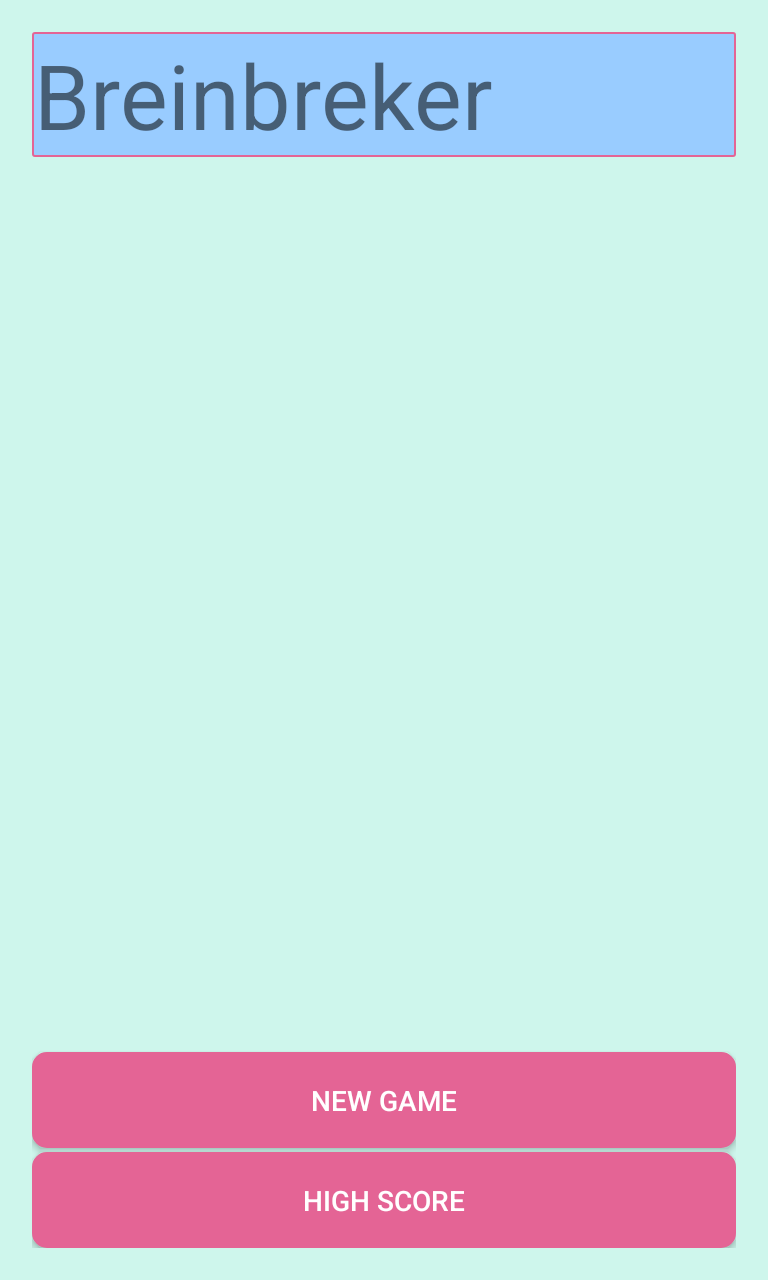
Repository: jelleswester/Breinbreker
Layout: Breinbreker/res/layout/activity_start_screen.xml
An editor plug-in stored every save of this project. The layout is shown before and after the next save, followed by the edit.
It is drawn on a 768 x 1280 px phone screen (xhdpi) without system bars, with theme AppTheme; the app's code is not run.

Above is the layout before, as saved 2015-01-28 16:01:36.

### Breinbreker/res/layout/activity_start_screen.xml
<RelativeLayout xmlns:android="http://schemas.android.com/apk/res/android"
    xmlns:tools="http://schemas.android.com/tools"
    android:id="@+id/relativeLayout1"
    android:layout_width="match_parent"
    android:layout_height="match_parent"
    android:paddingBottom="@dimen/activity_vertical_margin"
    android:paddingLeft="@dimen/activity_horizontal_margin"
    android:paddingRight="@dimen/activity_horizontal_margin"
    android:paddingTop="@dimen/activity_vertical_margin"
    android:background="#CEF6EC"
    tools:context="nl.mprog.jelleswester.breinbreker.StartScreenActivity" >

    <TextView
        android:id="@+id/textView1"
        android:layout_width="fill_parent"
        android:layout_height="wrap_content"
        android:layout_alignParentTop="true"
        android:layout_centerHorizontal="true"
        android:text="@string/brein_breker"
        android:textSize="45sp"
        android:background="@drawable/title_box_shape" />

    <Button
        android:id="@+id/highScoreButton"
        android:layout_width="fill_parent"
        android:layout_height="wrap_content"
        android:layout_alignParentBottom="true"
        android:layout_centerHorizontal="true"
        android:onClick="highScoreButton"
        android:background="@drawable/button_shape"
        android:textColor="@color/white"
        android:text="@string/high_score"
        android:layout_marginTop="1dp" />

    <Button
        android:id="@+id/newGameButton"
        android:layout_width="fill_parent"
        android:layout_height="wrap_content"
        android:layout_above="@+id/highScoreButton"
        android:layout_alignLeft="@+id/highScoreButton"
        android:onClick="newGameButton"
        android:background="@drawable/button_shape"
        android:textColor="@color/white"
        android:text="@string/new_game"
        android:layout_marginBottom="1dp"
        android:layout_marginTop="2dp" />

</RelativeLayout>

### Breinbreker/res/values/strings.xml
<?xml version="1.0" encoding="utf-8"?>
<resources>

    <string name="app_name">Breinbreker</string>
    <string name="hello_world">Hello world!</string>
    <string name="action_settings">Settings</string>
    <string name="title_activity_game_play">GamePlay</string>
    <string name="title_activity_high_score">HighScore</string>
    <string name="title_activity_you_won">YouWon</string>
    <string name="brein_breker">Breinbreker</string>
    <string name="start_game">START</string>
    <string name="high_score">High Score</string>
    <string name="back">Back</string>
    <string name="confirm">Confirm</string>
    <string name="you_won">You Won</string>
    <string name="congratulations">Congratulations!</string>
    <string name="high_score_entry">Please enter your name for your high score:</string>
    <string name="example_name">Bob</string>
    <string name="example_high_score">1.    Bob               03:59:15</string>
    <string name="characters">AAAA</string>
    <string name="symbol">+</string>
    <string name="symbol_equal">=</string>
    <string name="text">1234</string>
    <string name="continue_game">Continue Game</string>
    <string name="new_game">New Game</string>
    <string name="hint">Hint</string>


</resources>

### Breinbreker/res/drawable-hdpi/title_box_shape.xml
<?xml version="1.0" encoding="UTF-8"?>
<shape
    xmlns:android="http://schemas.android.com/apk/res/android">
    <stroke
        android:width="1dp"
        android:color="#E46495"/>
    <corners
        android:radius="1dp" />

    <padding
        android:left="1dp"
        android:right="1dp"
        android:top="1dp"
        android:bottom="1dp"/>

    <solid android:color="#99CCFF"/>

</shape>

### Breinbreker/res/drawable-hdpi/button_shape.xml
<?xml version="1.0" encoding="UTF-8"?>
<shape
    xmlns:android="http://schemas.android.com/apk/res/android">
    <stroke
        android:width="1dp"
        android:color="#E46495"/>
    <corners
        android:radius="7dp" />

    <padding
        android:left="1dp"
        android:right="1dp"
        android:top="1dp"
        android:bottom="1dp"/>

    <solid android:color="#E46495"/>

</shape>

### Breinbreker/res/values/color.xml
<?xml version="1.0" encoding="utf-8"?>
<resources>
    <item name="white" type="color">#FFFFFF</item>
</resources>

Loaded but not shown: Breinbreker/res/values/styles.xml (common file); Breinbreker/res/values-v11/styles.xml (common file); Breinbreker/res/values-v14/styles.xml (common file); Breinbreker/res/values/dimens.xml (common file); Breinbreker/res/values-w820dp/dimens.xml (common file)

After the next save:
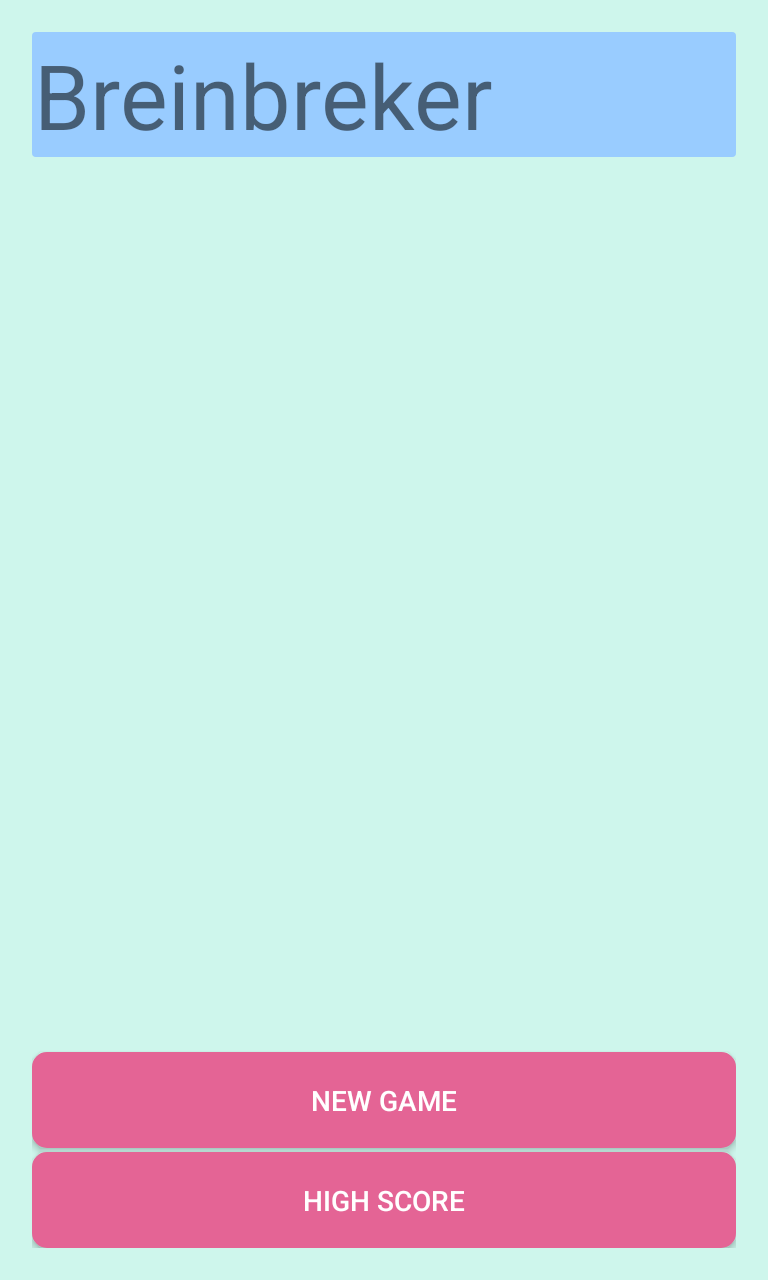
Saved 101 s later.
--- a/Breinbreker/res/drawable-hdpi/title_box_shape.xml
+++ b/Breinbreker/res/drawable-hdpi/title_box_shape.xml
@@ -2,8 +2,8 @@
 <shape
     xmlns:android="http://schemas.android.com/apk/res/android">
     <stroke
-        android:width="1dp"
-        android:color="#E46495"/>
+        android:width="2dp"
+        android:color="#99CCFF"/>
     <corners
         android:radius="1dp" />
 
